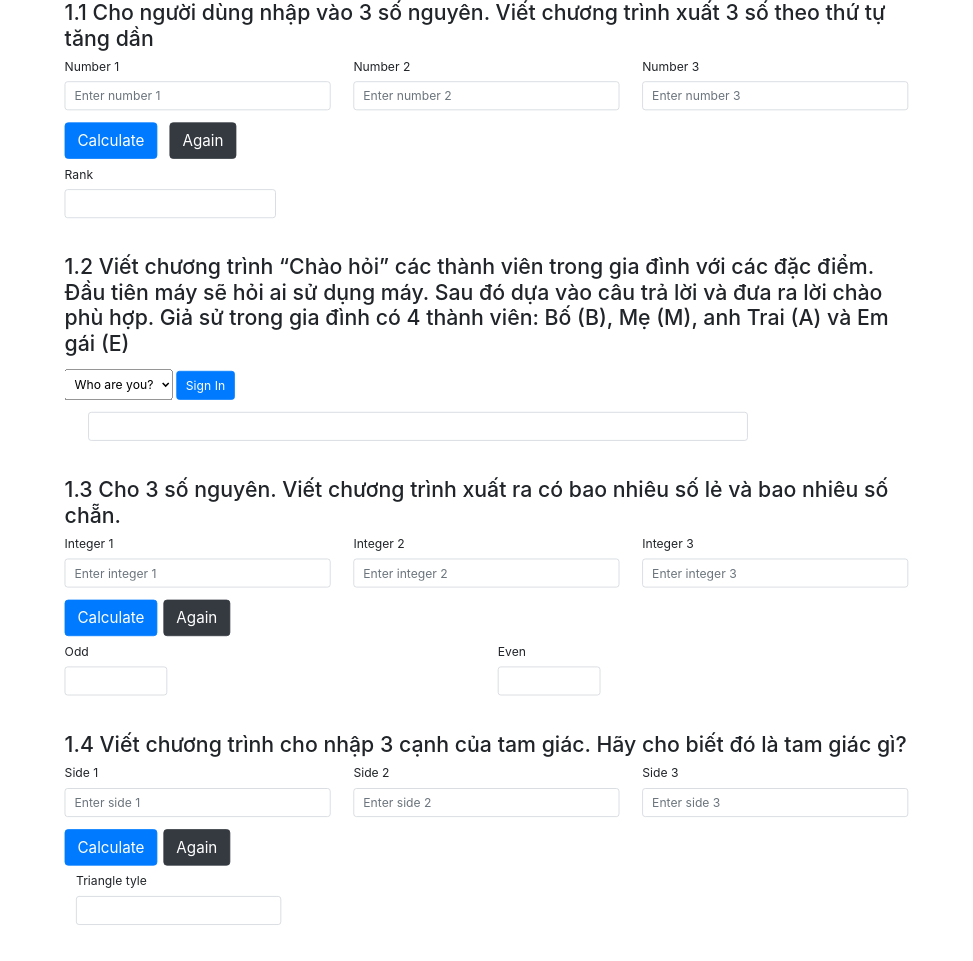
Repository: baobaodeveloper/bootscamp21__jsbasic__HuynhAnhBao
Page: index.html
The author's editor kept a copy of each file at every save. The page is drawn from the files as they stood at one save, then again after the next save.
The browser window is 1280 px wide. The pictures show the whole page, at 76% of full size.

Above is the page before, as saved 2022-03-10 20:32:37.

After the next save:
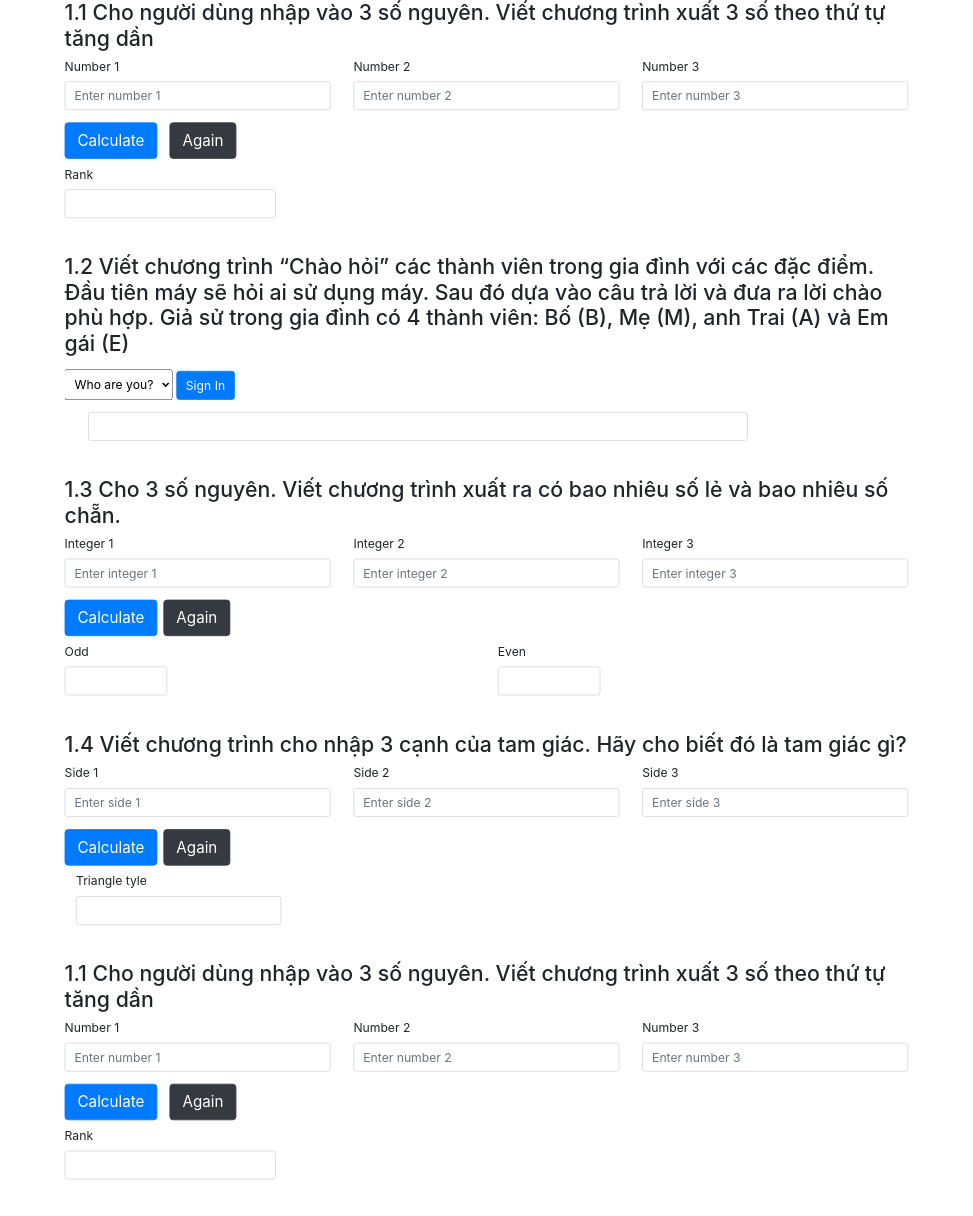
Saved 54 s later.
--- a/index.html
+++ b/index.html
@@ -222,6 +222,65 @@
       <div class="mt-3 m-auto col">
         <label class="form-label">Triangle tyle</label>
         <input type="text" class="form-control w-25 triangle-type" />
+      </div>
+    </div>
+
+    <!--Viết chương trình nhập vào ngày, tháng, năm (Giả sử nhập đúng, không cần kiểm tra hợp
+lệ). Tìm ngày, tháng, năm của ngày tiếp theo. Tương tự tìm ngày tháng năm của ngày trước
+đó. -->
+
+    <div class="container mb-xl-5">
+      <h3>
+        1.1 Cho người dùng nhập vào 3 số nguyên. Viết chương trình xuất 3 số
+        theo thứ tự tăng dần
+      </h3>
+
+      <div class="row">
+        <div class="col">
+          <label class="form-label">Number 1</label>
+          <input
+            type="number"
+            class="form-control num1"
+            placeholder="Enter number 1"
+          />
+        </div>
+        <div class="col">
+          <label class="form-label">Number 2</label>
+          <input
+            type="number"
+            class="form-control num2"
+            placeholder="Enter number 2"
+          />
+        </div>
+        <div class="col">
+          <label class="form-label">Number 3</label>
+          <input
+            type="number"
+            class="form-control num3"
+            placeholder="Enter number 3"
+          />
+        </div>
+      </div>
+
+      <div class="d-flex">
+        <button
+          type="button "
+          class="btn btn-primary btn-lg mt-3 mb-2 btn-rank mr-3"
+        >
+          Calculate
+        </button>
+
+        <button
+          type="button "
+          class="btn btn-dark btn-lg mt-3 mb-2 btn-again-rank"
+        >
+          Again
+        </button>
+      </div>
+
+      <div class="mt-3 m-auto">
+        <label class="form-label">Rank</label>
+        <input type="text" class="form-control w-25 result1" />
       </div>
     </div>
 
